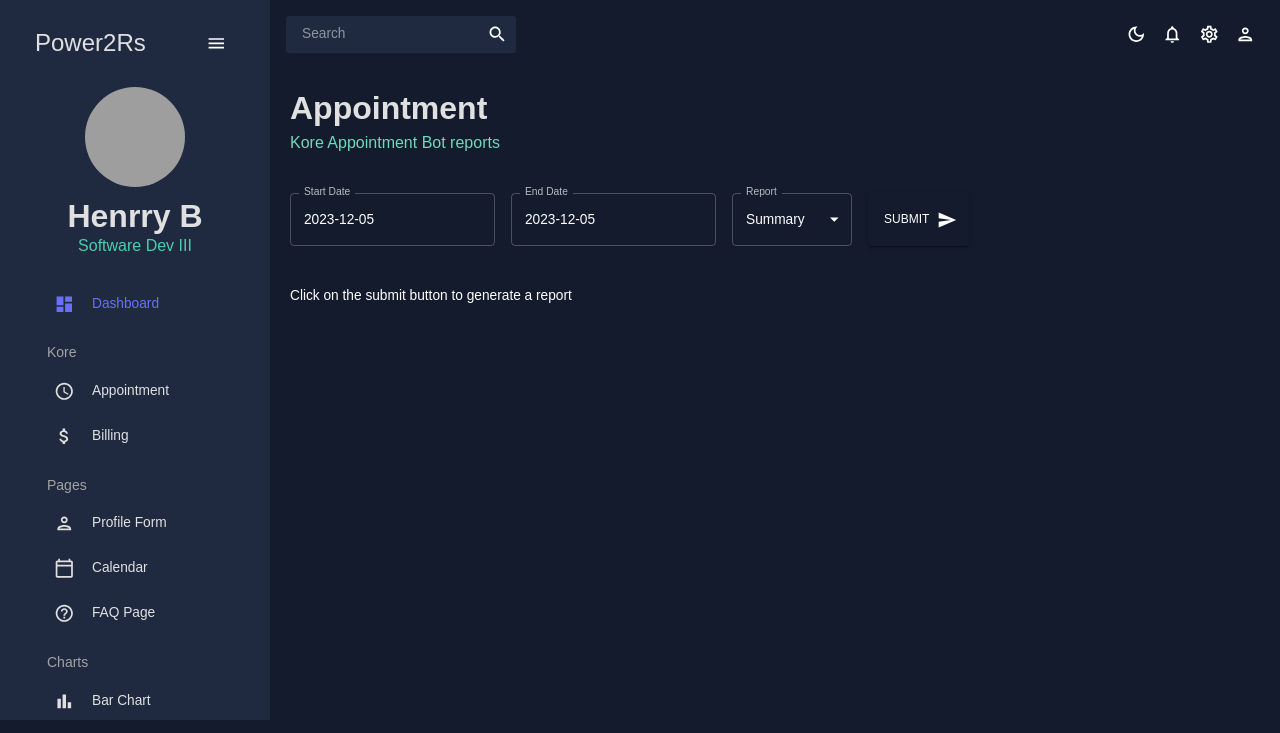
Repository: HenrryWith2Rs/reporthub
Page: /kore/appt (app in ui/)
The author's editor kept a copy of each file at every save. The page is drawn from the files as they stood at one save, then again after the next save.
The browser window is 1280 px wide. The pictures show the whole page.
Pictures or frames that could not be fetched are drawn as grey boxes. The project was rebuilt for these pictures with package versions that can differ from the ones it lists, and the page was loaded fresh each time. Also part of the build but not shown: ui/vite.config.ts, ui/src/data/mockData.ts, ui/src/components/LineChart.tsx, ui/src/data/mockGeoFeatures.ts, ui/src/components/GeographyChart.tsx, ui/src/data/dataParser.ts, ui/src/components/BarChart.tsx, ui/src/components/ProgressCircle.tsx and 7 more.

Above is the page before, as saved 2023-12-07 07:17:45.

After the next save:
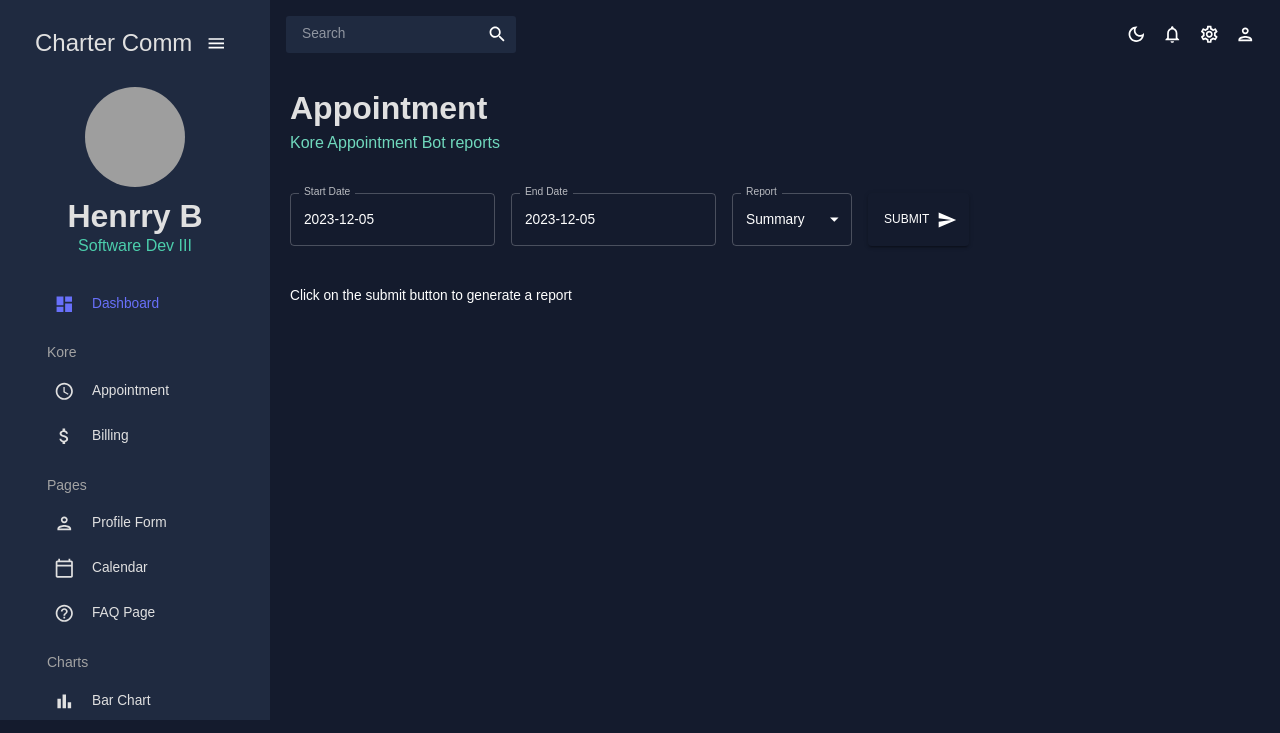
Saved 6 min 7 s later.
--- a/ui/src/scenes/global/Sidebar.tsx
+++ b/ui/src/scenes/global/Sidebar.tsx
@@ -94,7 +94,7 @@ const Sidebar = () => {
                 ml="15px"
               >
                 <Typography variant="h3" color={colors.grey[100]}>
-                  Power2Rs
+                  Charter Comm
                 </Typography>
                 <IconButton onClick={() => setIsCollapsed(!isCollapsed)}>
                   <MenuOutlinedIcon />
